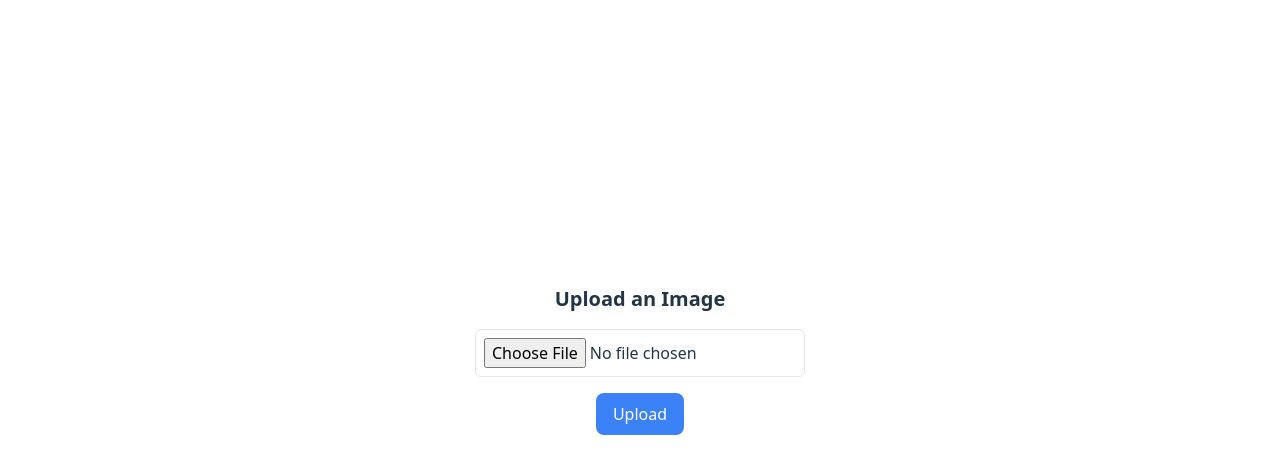
Repository: Pahyn/malocclusion-react
Page: /
These files come from the project's save history. The page is drawn as it stood at one moment and after the next save; the edit follows.
The browser window is 1280 px wide. The pictures show the whole page.
The project was rebuilt for these pictures with package versions that can differ from the ones it lists, and the page was loaded fresh each time. Also part of the build but not shown: vite.config.ts.

Above is the page before, as saved 2025-03-01 03:20:52.

After the next save:
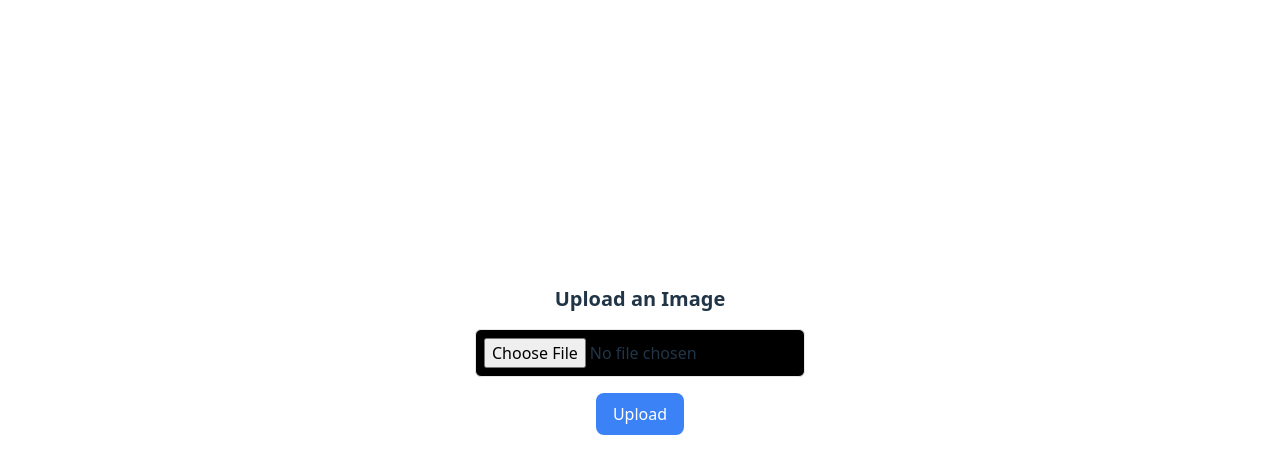
Saved 5 s later.
--- a/src/UploadForm.tsx
+++ b/src/UploadForm.tsx
@@ -45,7 +45,7 @@
         <div className="flex flex-col items-center gap-4 p-6 bg-white rounded-lg">
             <h2 className="text-xl font-semibold">Upload an Image</h2>
 
-            <input type="file" accept="image/*" onChange={handleFileChange} className="p-2 border rounded-md" />
+            <input type="file" accept="image/*" onChange={handleFileChange} className="p-2 border rounded-md bg-black" />
 
             {preview && <img src={preview} alt="Preview" className="w-32 h-32 object-cover rounded-md" />}
 

After the save that followed:
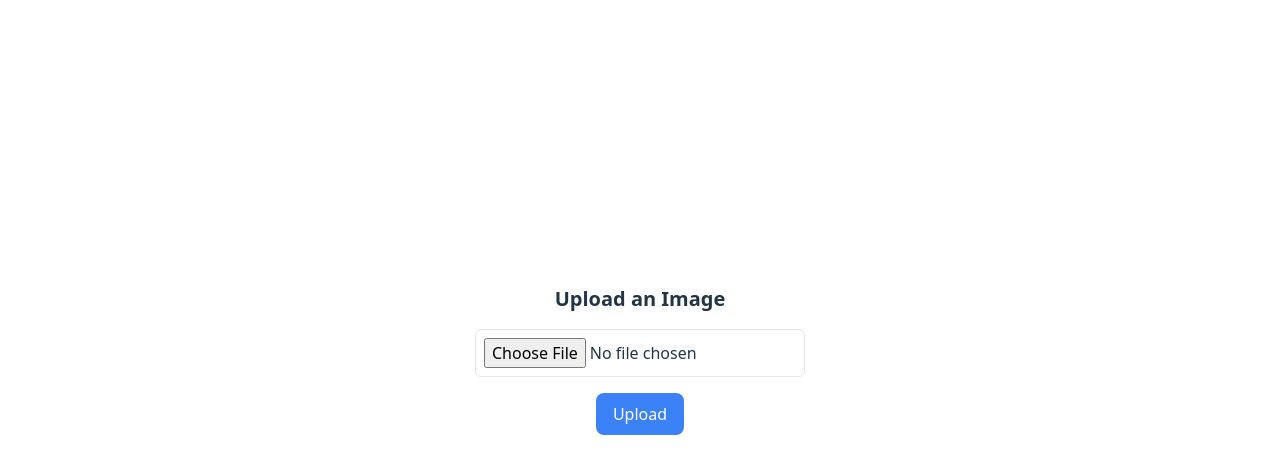
Saved 6 s later.
--- a/src/UploadForm.tsx
+++ b/src/UploadForm.tsx
@@ -45,7 +45,7 @@
         <div className="flex flex-col items-center gap-4 p-6 bg-white rounded-lg">
             <h2 className="text-xl font-semibold">Upload an Image</h2>
 
-            <input type="file" accept="image/*" onChange={handleFileChange} className="p-2 border rounded-md bg-black" />
+            <input type="file" accept="image/*" onChange={handleFileChange} className="p-2 border rounded-md" />
 
             {preview && <img src={preview} alt="Preview" className="w-32 h-32 object-cover rounded-md" />}
 
